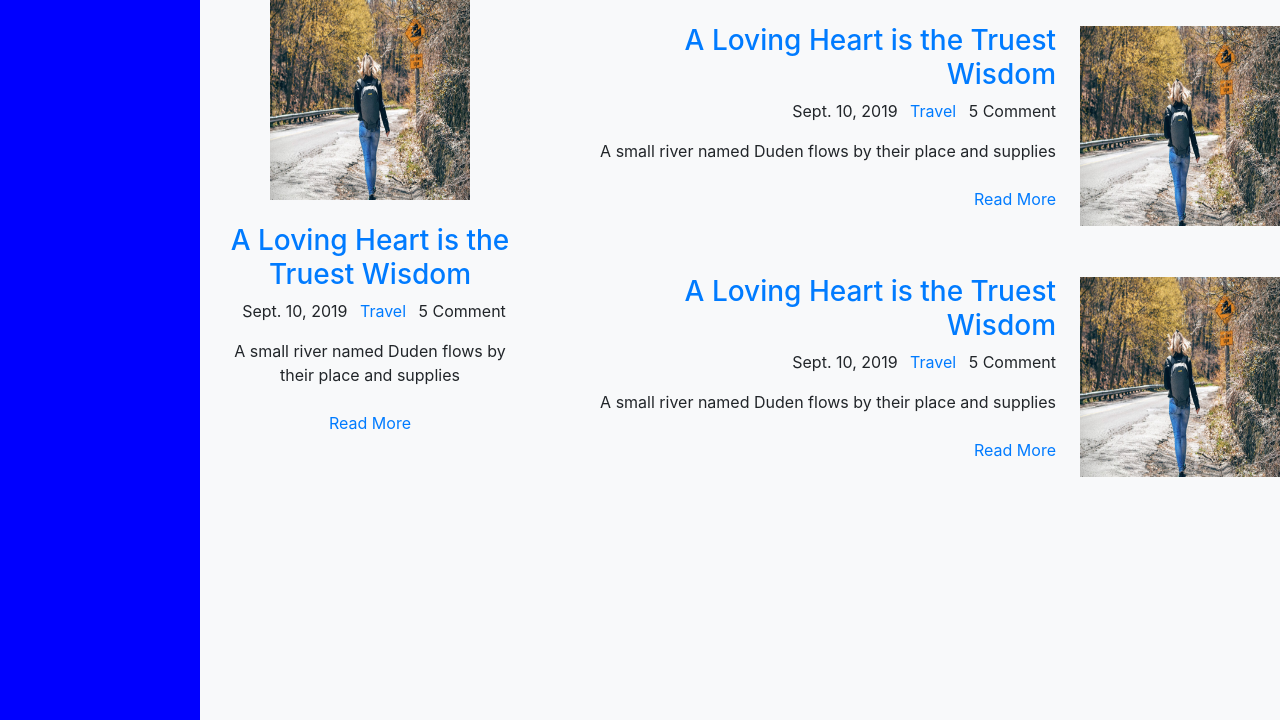
Repository: tts2610/GoogleNews
Page: index.html
An editor plug-in stored every save of this project. The page is shown before and after the next save, followed by the edit.
The browser window is 1280 px wide. The pictures show the whole page.
The page's requests for data from a server got no answer.

Above is the page before, as saved 2020-05-20 13:52:04.

### index.html
<!DOCTYPE html>
<html lang="en">

<head>
    <meta charset="UTF-8">
    <meta name="viewport" content="width=device-width, initial-scale=1.0">
    <title>Document</title>
    <link rel="stylesheet" href="https://maxcdn.bootstrapcdn.com/bootstrap/4.4.1/css/bootstrap.min.css">

    <!-- jQuery library -->
    <script src="https://ajax.googleapis.com/ajax/libs/jquery/3.5.1/jquery.min.js"></script>

    <!-- Popper JS -->
    <script src="https://cdnjs.cloudflare.com/ajax/libs/popper.js/1.16.0/umd/popper.min.js"></script>

    <!-- Latest compiled JavaScript -->
    <script src="https://maxcdn.bootstrapcdn.com/bootstrap/4.4.1/js/bootstrap.min.js"></script>
    <link rel="stylesheet" href="css/style.css">
</head>

<body>
    <div class="myContainer">
        <div class="sidenav"></div>
        <div class="content">
            <div class="row">
                <div class="col-4 d-flex">
                    <div class="blog-entry-left">
                        <div>
                            <img src="img/image_8.jpg" width="200" height="200">
                        </div>
                        <div class="text p-4" style="text-align: center;">
                            <h3 class="mb-2"><a href="single.html">A Loving Heart is the Truest Wisdom</a></h3>
                            <div class="meta-wrap">
                                <p class="meta">
                                    <span><i class="icon-calendar mr-2"></i>Sept. 10, 2019</span>
                                    <span><a href="single.html"><i class="icon-folder-o mr-2"></i>Travel</a></span>
                                    <span><i class="icon-comment2 mr-2"></i>5 Comment</span>
                                </p>
                            </div>
                            <p class="mb-4">A small river named Duden flows by their place and supplies</p>
                            <p><a href="#" class="btn-custom">Read More <span class="ion-ios-arrow-forward"></span></a></p>
                        </div>
                    </div>
                </div>
                <div class="col-8 d-flex">
                    <div class="row">
                        <div class="col-md-12">
                            <div class="blog-entry ftco-animate d-md-flex align-items-center">
                                <div class="text text-2 text-md-right p-4">
                                    <h3 class="mb-2"><a href="single.html">A Loving Heart is the Truest Wisdom</a></h3>
                                    <div class="meta-wrap">
                                        <p class="meta">
                                            <span><i class="icon-calendar mr-2"></i>Sept. 10, 2019</span>
                                            <span><a href="single.html"><i class="icon-folder-o mr-2"></i>Travel</a></span>
                                            <span><i class="icon-comment2 mr-2"></i>5 Comment</span>
                                        </p>
                                    </div>
                                    <p class="mb-4">A small river named Duden flows by their place and supplies</p>
                                    <p><a href="#" class="btn-custom">Read More <span class="ion-ios-arrow-forward"></span></a></p>
                                </div>
                                <div class="news-img"><img src="img/image_8.jpg" width="200" height="200"></div>
                            </div>
                        </div>
                        <div class="col-md-12">
                            <div class="blog-entry ftco-animate d-md-flex align-items-center">
                                <div class="text text-2 text-md-right p-4">
                                    <h3 class="mb-2"><a href="single.html">A Loving Heart is the Truest Wisdom</a></h3>
                                    <div class="meta-wrap">
                                        <p class="meta">
                                            <span><i class="icon-calendar mr-2"></i>Sept. 10, 2019</span>
                                            <span><a href="single.html"><i class="icon-folder-o mr-2"></i>Travel</a></span>
                                            <span><i class="icon-comment2 mr-2"></i>5 Comment</span>
                                        </p>
                                    </div>
                                    <p class="mb-4">A small river named Duden flows by their place and supplies</p>
                                    <p><a href="#" class="btn-custom">Read More <span class="ion-ios-arrow-forward"></span></a></p>
                                </div>
                                <div class="news-img"><img src="img/image_8.jpg" width="200" height="200"></div>
                            </div>
                        </div>
                    </div>
                </div>
            </div>


        </div>
    </div>

    <script src="js/script.js"></script>
</body>

</html>

### css/style.css
body {
    margin: 0
}

.myContainer {
    display: flex;
    justify-content: start;
}

.sidenav {
    height: 100vh;
    width: 200px;
    float: left;
    position: relative;
    background-color: blue;
}

.content {
    height: 100vh;
    width: calc(100% - 200px);
    float: right;
    position: relative;
    background-color: #f8f9fa;
    overflow-y: scroll;
}

.blog-entry-left {
    display: flex;
    flex-direction: column;
    align-items: center;
}

### js/script.js
let newsList = [];
const apiKey = "2dc86bcdc7184b17b45b74b30858f75a"
const loadNews = async() => {
    let url = `https://newsapi.org/v2/top-headlines?country=us&apiKey=${apiKey}`;
    let data = await fetch(url);
    let result = await data.json();

    console.log("what we get here", result);
}

loadNews();

After the next save:
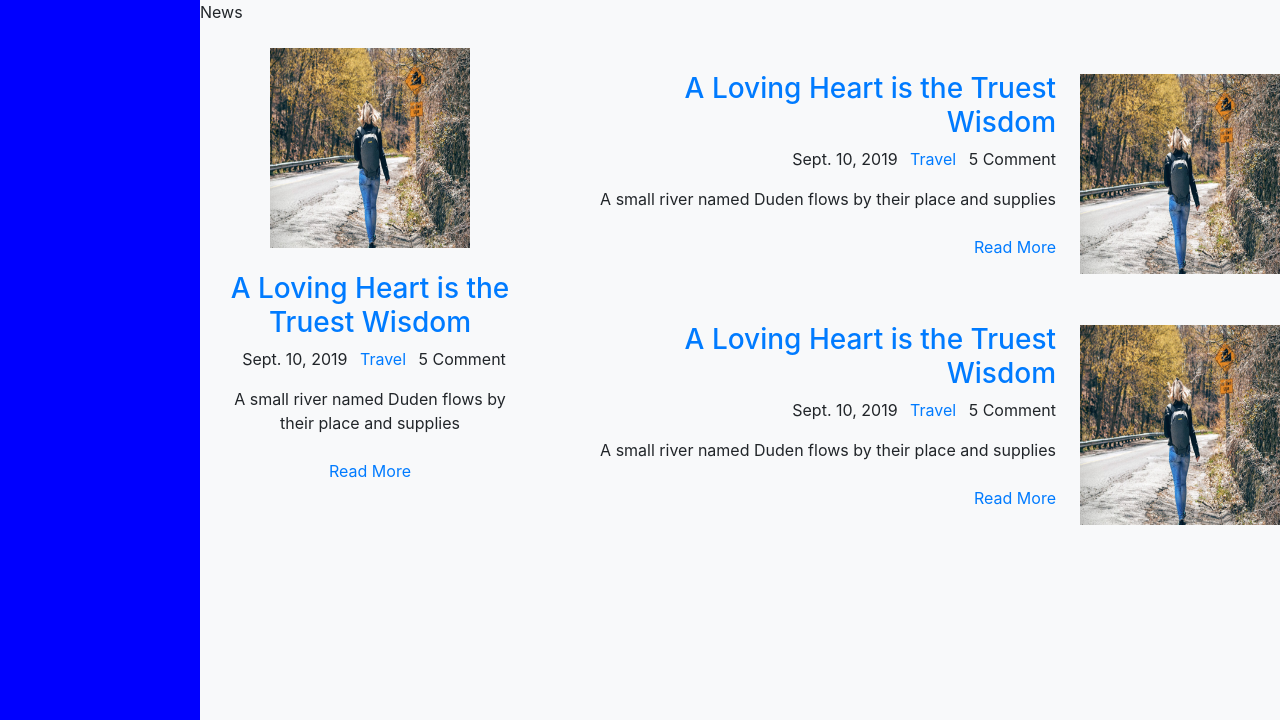
Saved 80 s later.
--- a/index.html
+++ b/index.html
@@ -22,6 +22,7 @@
     <div class="myContainer">
         <div class="sidenav"></div>
         <div class="content">
+            <div class="content-header mb-4">News</div>
             <div class="row">
                 <div class="col-4 d-flex">
                     <div class="blog-entry-left">
